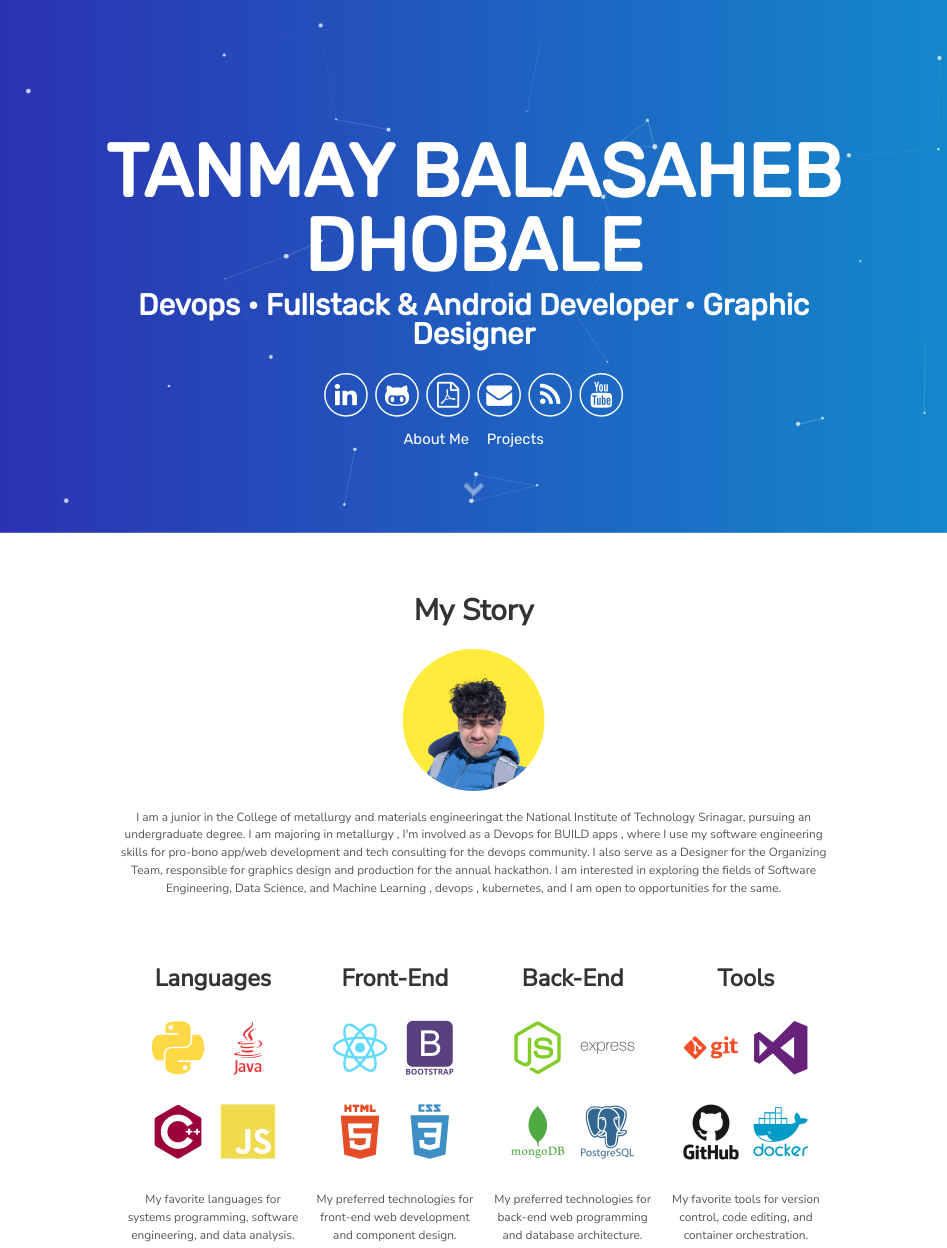
Repository: TanmayDhobale/portfolio.tanmay
Page: index.html
These files come from the project's save history. The page is drawn as it stood at one moment and after the next save; the edit follows.
The browser window is 1280 px wide. The pictures show the part of the page from y = 0 to 1687 px (the page is 3192 px tall), at 74% of full size.
A picture or video elsewhere on the page could not be fetched, so the positions and the page height are approximate. Backgrounds fixed to the window are drawn as part of the page.

Above is the page before, as saved 2023-09-25 19:30:43.

After the next save:
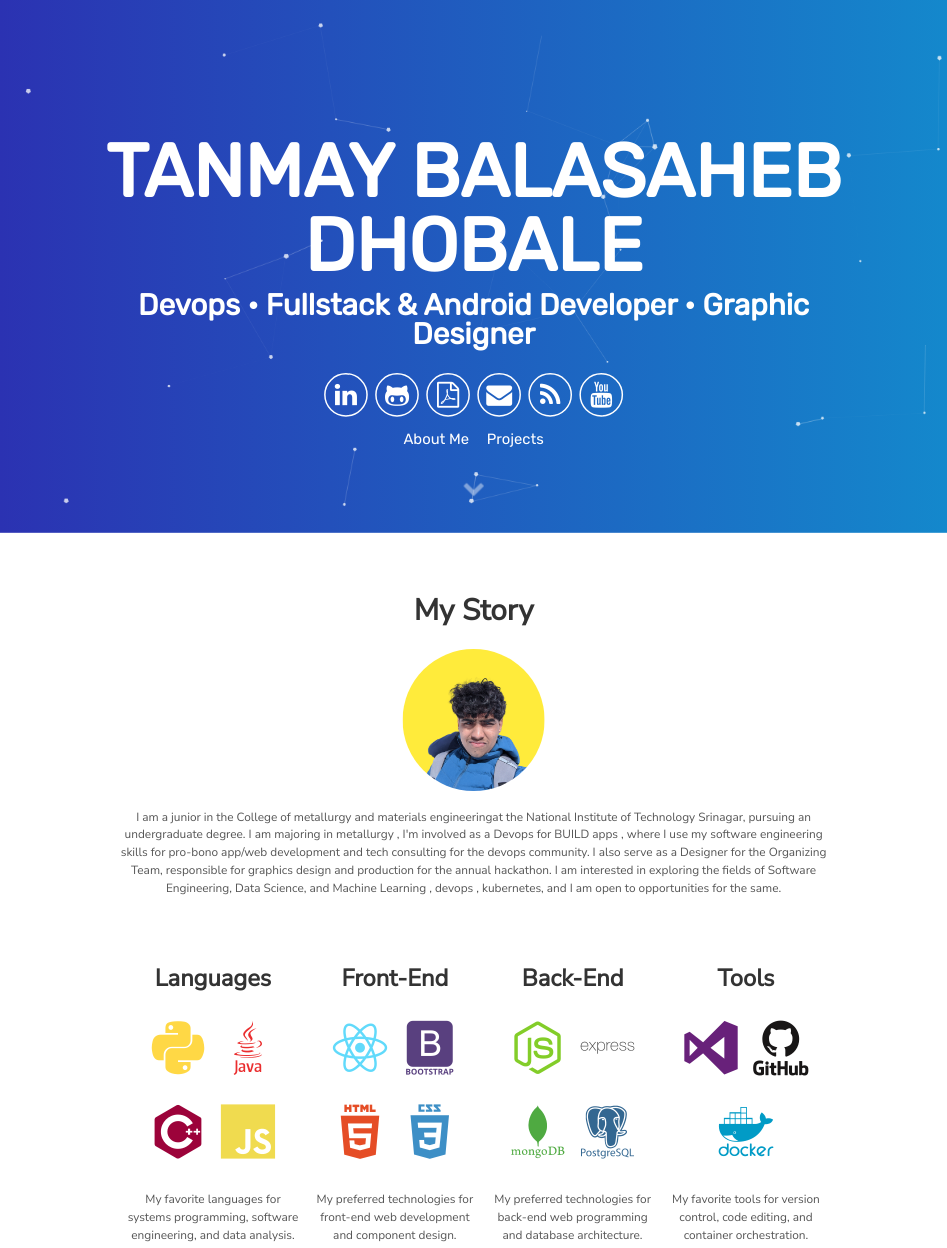
Saved 5 s later.
--- a/index.html
+++ b/index.html
@@ -131,7 +131,7 @@
         <div class="tech">
           <h2>Tools</h2>
           <i class="devicon-jenkins-line colored"></i>
-          <i class="devicon-git-plain-wordmark colored"></i>
+
           <i class="devicon-visualstudio-plain colored"></i>
           <i class="devicon-github-plain-wordmark colored"></i>
           <i class="devicon-docker-plain-wordmark colored"></i>

After the save that followed:
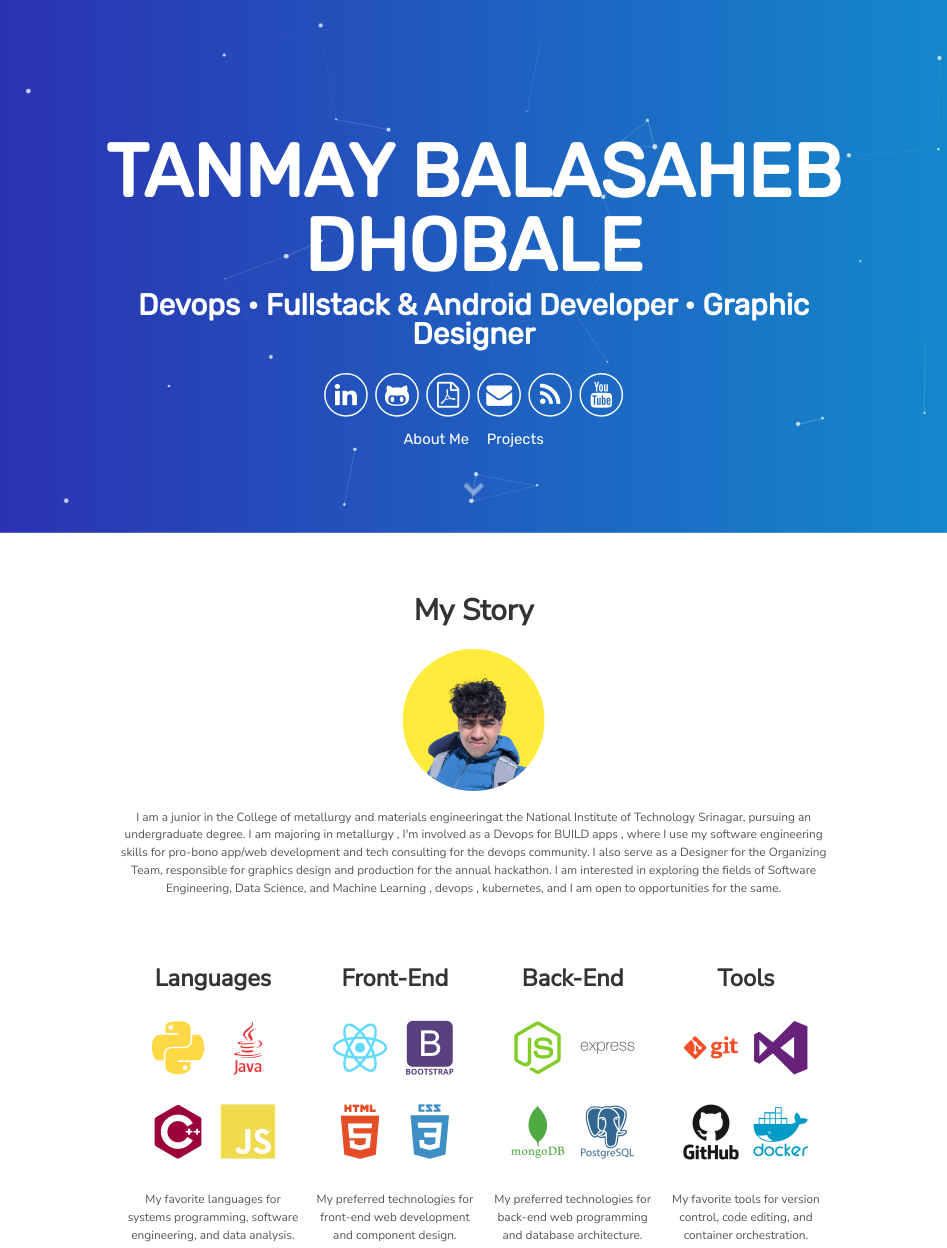
Saved 9 s later.
--- a/index.html
+++ b/index.html
@@ -130,8 +130,7 @@
         <!-- Technology Stack #4: Tools -->
         <div class="tech">
           <h2>Tools</h2>
-          <i class="devicon-jenkins-line colored"></i>
-
+          <i class="devicon-git-plain-wordmark colored"></i>
           <i class="devicon-visualstudio-plain colored"></i>
           <i class="devicon-github-plain-wordmark colored"></i>
           <i class="devicon-docker-plain-wordmark colored"></i>
